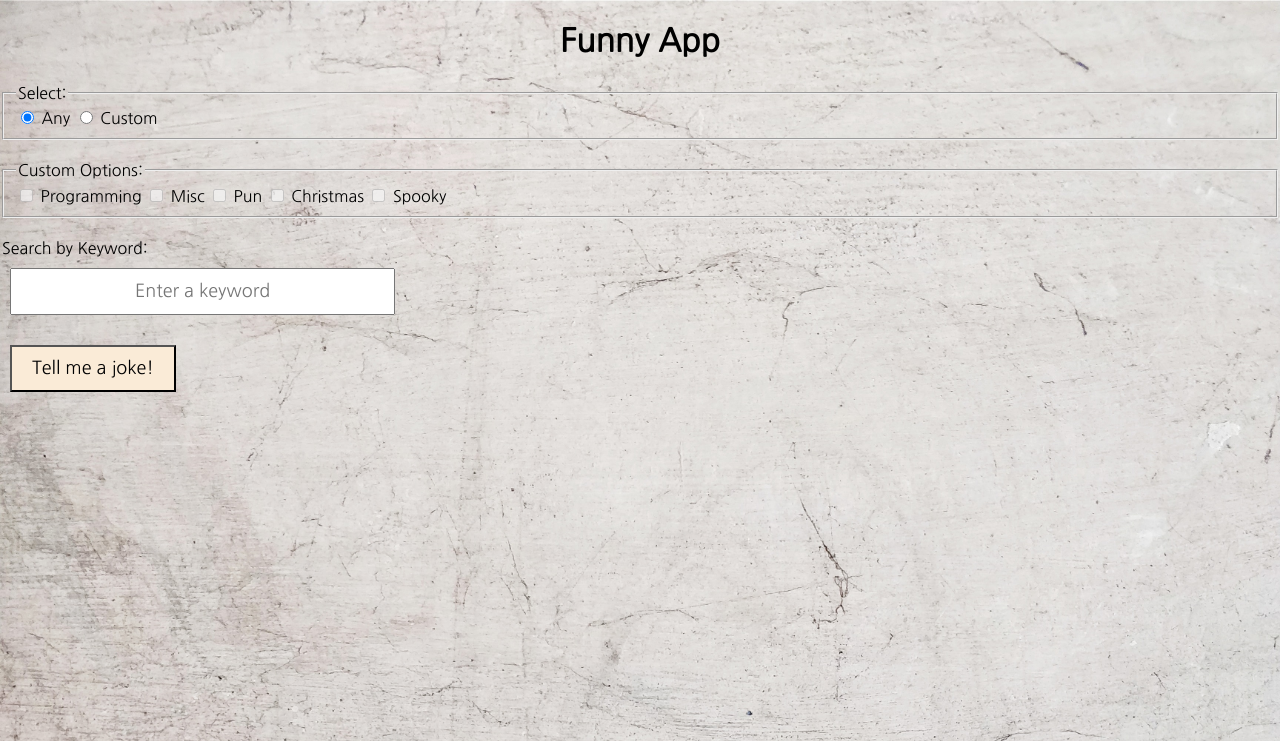
Repository: kaitlynMidori/dadJokeApi
Page: index.html
The author's editor kept a copy of each file at every save. The page is drawn from the files as they stood at one save, then again after the next save.
The browser window is 1280 px wide. The pictures show the whole page.
Some web libraries are served in a nearby version.

Above is the page before, as saved 2021-01-08 12:10:03.

### index.html
<!DOCTYPE html>
<html lang="en">
<head>
    <meta charset="UTF-8">
    <meta name="viewport" content="width=device-width, initial-scale=1.0">
    <title>Joke App</title>
    <link href="style.css" rel="stylesheet" type="text/css" />
    <link rel="preconnect" href="https://fonts.gstatic.com">
    <link href="https://fonts.googleapis.com/css2?family=Nanum+Gothic&display=swap" rel="stylesheet">

</head>
<body>
    <div id="container">
        <header>
            <h1>Funny App</h1>
        </header>

        <fieldset>
            <legend>Select:</legend>
                <div id="form-check">
                    <input type="radio"  id="any" name="type" value="Any" checked>
                    <label for="any">Any</label>

                    <input type="radio"  id="custom" name="type" value="Custom">
                    <label for="custom">Custom</label>
                </div>
        </fieldset>

        <br>

        <fieldset id="options" disabled>
            <legend>Custom Options:</legend>
                <div id="form-check form-check-inline">
                    <input type="checkbox" id="coding" name="category" value="Programming">
                    <label for="coding">Programming</label>

                    <input type="checkbox" id="misc" name="category" value="Miscellaneous">
                    <label for="misc">Misc</label>

                    <input type="checkbox" id="pun" name="category" value="Pun">
                    <label for="pun">Pun</label>

                    <input type="checkbox" id="chris" name="category" value="Christmas">
                    <label for="chris">Christmas</label>

                    <!-- <input type="checkbox" id="dark" name="category" value="dark">
                    <label for="dark">Dark</label> -->

                    <input type="checkbox" id="spooky" name="category" value="spooky">
                    <label for="spooky">Spooky</label>
                </div>
        </fieldset>

        <br>

            <form>
                <legend>Search by Keyword:</legend>
                <input type="form-control" placeholder="Enter a keyword" id="keyword">
            </form>

            <br>

            <button type="submit" id="submit button">Tell me a joke!</button>
            <div id="result"></div>
    </div>

    <script src="https://code.jquery.com/jquery-3.2.1.min.js"
          integrity="sha256-hwg4gsxgFZhOsEEamdOYGBf13FyQuiTwlAQgxVSNgt4="
          crossorigin="anonymous"></script>
    <script src="app.js"></script>
</body>
</html>

### style.css
body{
    margin: 0;
    background: cover;
    background-size: cover;
    background-repeat: no-repeat;
    background-image: url("screenshots/white-teal backdrop.jpg");
    /* background-image: linear-gradient(120deg, #a1c4fd 0%, #c2e9fb 100%); */
    min-height: 100vh;
}

* {
    font-family: 'Nanum Gothic', sans-serif;
    color: black;
}

header {
    width: 100%;
    margin-top: 5px;
    justify-content: center;
}

h1 {
    text-align: center;
}

button{
    background-color: antiquewhite;
    margin-top: 10px;
    margin-left: 10px;
    height: auto;
    font-size: 18px;
    font-weight: 500;
    text-align: center;
    color: black;
    cursor: pointer;
    margin-bottom: 0;
    /* border-radius: 3px; */
    padding: 10px 20px;
}

#keyword {
    margin-top: 10px;
    margin-left: 10px;
    height: auto;
    font-size: 18px;
    font-weight: 500;
    text-align: center;
    color: black;
    cursor: pointer;
    margin-bottom: 0;
    /* border-radius: 3px; */
    padding: 10px 20px;
}

### app.js
//declare 'option', 'custom', 'any' element id's
let option = document.getElementById("options");
let custom = document.getElementById("custom");
let any = document.getElementById("any");

//add event listener on click
//if 'any' option checked
//disable options
any.addEventListener("click", (e)=>{
    if(e.target.checked){
        option.disabled = true;
    }
});

//add event listener on click
//if 'custom' option checked
//enable options
custom.addEventListener("click", (e)=>{
    if(e.target.checked){
        option.disabled = false;
    }
});

//declare asyncrynous getJoke
const getJoke = async () => {
    //declare result  = HTML div 'result' element id
    let result = document.getElementById('result');
    //replace result element with empty string
    result.innerHTML = "";
    //declare checkboxes= filter category checkboxes for checked
    let checkboxes = [...document.getElementsByName('category')].filter((checkbox)=>checkbox.checked);
    //declare category as empty string
    let category = "";
    //if 'any' type is checked
    if(any.checked){
        //category = 'any'
        category = "Any";
    }
    //if 'custom' type is checked
    if(custom.checked){
        //category = map to join checked category values
        category = checkboxes.map((c)=>c.value).join();
    }
    //console.log user selected joke category
    console.log(category);
    //declare url = dynamically generate url inserting user selected category
    let url = `https://v2.jokeapi.dev/joke/${category}`;
    // declare keyword = HTML form div 'keyword' element id
    let keyword = document.getElementById("keyword").value;
    //if keyword does not equal empty; dynamically generate url with user keyword input
    if(keyword != ""){
        url = `https://v2.jokeapi.dev/joke/${category}?contains=${keyword}`;
    }
    console.log(url);
    const response = await fetch(url);
    const data = await response.json();
    console.log(data);

    //if JSON data response = API doc response 'single'
    if(data.type == "single"){
        //insert API doc 'joke' into response element
        result.innerHTML = `<h3>${data.joke}</h3>`;
    }
    //if JSON data response = API doc response 'twopart'
    if(data.type == "twopart"){
        //insert API doc 'setup' into response element
        result.innerHTML = `<h3>${data.setup}</h3>`;
        //display 'delivery' after 1 second
        setTimeout(()=>{
            //insert API doc 'delivery' into response element
            result.innerHTML += `<h3>${data.delivery}</h3>`;
        },1000);
    }
}

//declare submit = HTML button 'submit button'
let submit = document.getElementById('submit button');
//upon 'submit', add event listener for 'click and activate 'getJoke'
submit.addEventListener("click", getJoke);

After the next save:
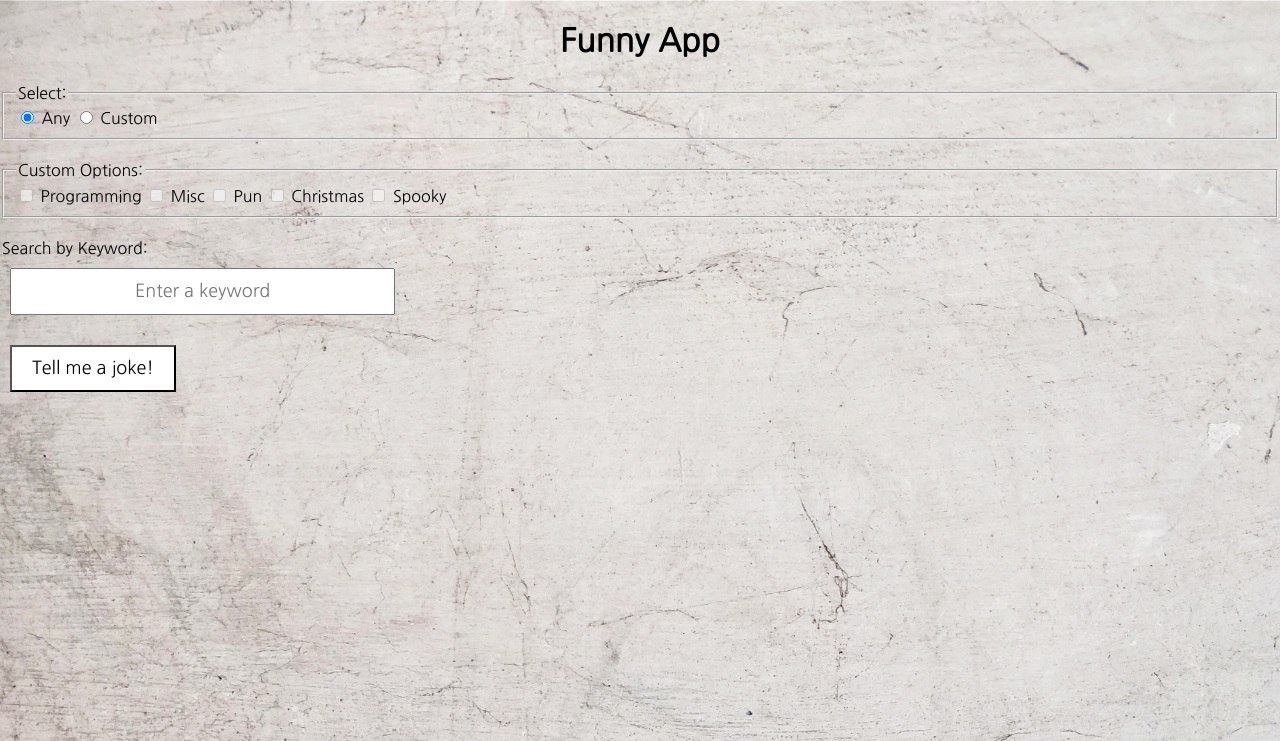
Saved 7 s later.
--- a/style.css
+++ b/style.css
@@ -24,7 +24,7 @@ h1 {
 }
 
 button{
-    background-color: antiquewhite;
+    background-color: white;
     margin-top: 10px;
     margin-left: 10px;
     height: auto;
